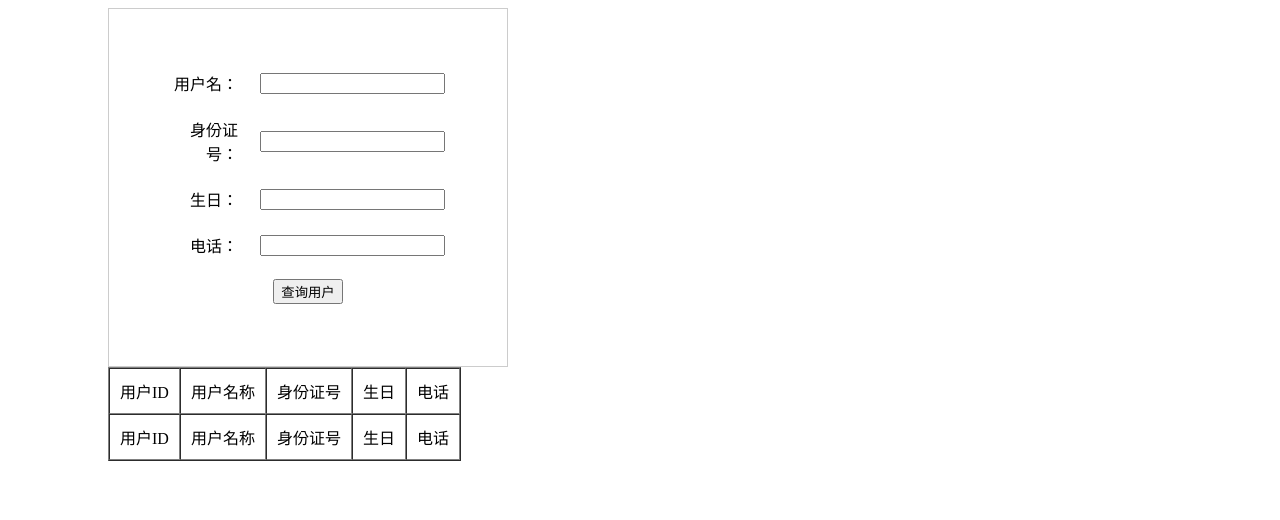
Repository: showmore/study
Page: http://localhost/MyWebProject/
An editor plug-in stored every save of this project. The page is shown before and after the next save, followed by the edit.
The browser window is 1280 px wide. The pictures show the whole page.
The page is served by Tomcat 9.

Above is the page before, as saved 2018-12-23 10:47:26.

After the next save:
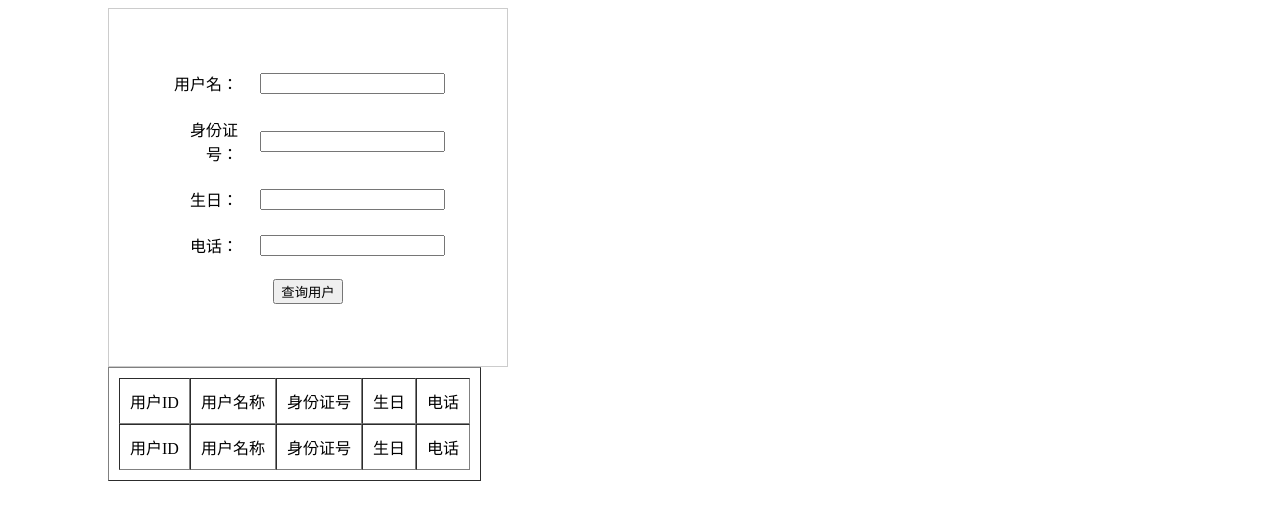
Saved 29 s later.
--- a/MyWebProject/WebContent/index.jsp
+++ b/MyWebProject/WebContent/index.jsp
@@ -47,7 +47,7 @@
 		</table>
 	</form>
 
-	<table style="margin-left:100px; " border="1" cellpadding="0" cellspacing="0">
+	<table style="margin-left:100px; padding:10px;" border="1" cellpadding="0" cellspacing="0">
 		<tr>
 			<td>用户ID</td><td>用户名称</td><td>身份证号</td><td>生日</td><td>电话</td>
 		</tr>
